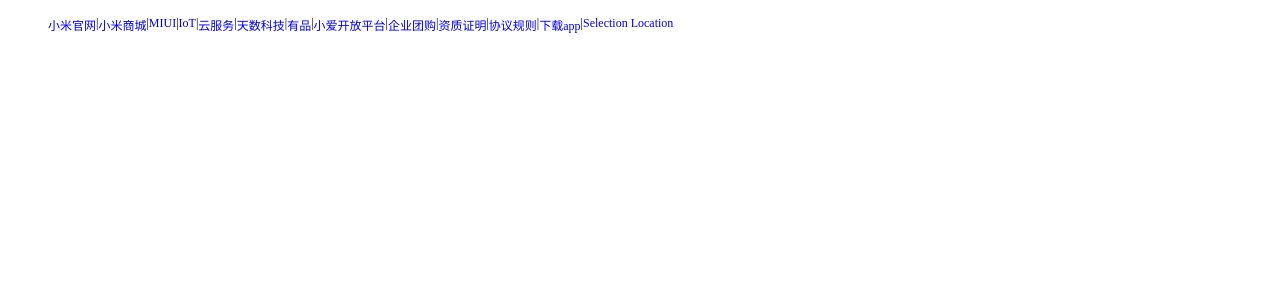
Repository: MonoYan/Mi-Homepage
Page: index.html
The author's editor kept a copy of each file at every save. The page is drawn from the files as they stood at one save, then again after a run of saves.
The browser window is 1280 px wide. The pictures show the whole page.

Above is the page before, as saved 2022-11-22 16:30:00.

### index.html
<!DOCTYPE html>
<html lang="en">

<head>
    <meta charset="UTF-8">
    <meta http-equiv="X-UA-Compatible" content="IE=edge">
    <meta name="viewport" content="width=device-width, initial-scale=1.0">
    <link rel="stylesheet" type="text/css" href="/css/style.css">
    <title>
        小米商城 - Xiaomi 12、Redmi K50、MIX FOLD，小米电视官方网站
    </title>
</head>

<body>
    <!-- 黑色导航栏 -->
    <div class="container">
        <div class="topbar-nav">
            <ul>
                <li><a class="no-decoration" href="#">小米官网</a></li>
                <li><span class="sep">|</span></li>
                <li><a class="no-decoration" href="#">小米商城</a></li>
                <li><span class="sep">|</span></li>
                <li><a class="no-decoration" href="#">MIUI</a></li>
                <li><span class="sep">|</span></li>
                <li><a class="no-decoration" href="#">IoT</a></li>
                <li><span class="sep">|</span></li>
                <li><a class="no-decoration" href="#">云服务</a></li>
                <li><span class="sep">|</span></li>
                <li><a class="no-decoration" href="#">天数科技</a></li>
                <li><span class="sep">|</span></li>
                <li><a class="no-decoration" href="#">有品</a></li>
                <li><span class="sep">|</span></li>
                <li><a class="no-decoration" href="#">小爱开放平台</a></li>
                <li><span class="sep">|</span></li>
                <li><a class="no-decoration" href="#">企业团购</a></li>
                <li><span class="sep">|</span></li>
                <li><a class="no-decoration" href="#">资质证明</a></li>
                <li><span class="sep">|</span></li>
                <li><a class="no-decoration" href="#">协议规则</a></li>
                <li><span class="sep">|</span></li>
                <li><a class="no-decoration" href="#">下载app</a></li>
                <li><span class="sep">|</span></li>
                <li><a class="no-decoration" href="#">Selection Location</a></li>
            </ul>
        </div>

    </div>
    <!-- 站内导航 -->
    <nav>

    </nav>
    <!-- 轮播 -->
    <div>

    </div>
    <!-- 轮播下面的四个导航 -->
    <div>

    </div>
    <div>

    </div>
    <!-- main page -->
    <div>

    </div>
    <!-- footer-sever -->
    <div>

    </div>
    <!-- footer-link -->
    <div>

    </div>
    <footer>

    </footer>
</body>

</html>

### css/style.css
.topbar-nav li{
    list-style: none;
    float:left;
    font-family:'Times New Roman', Times, serif;
    font-size: 12px;

}
.no-decoration
{
    text-decoration: none;
    font-size: 12px;
}
.container
{
    background-color: gray;
}

After the next 2 saves:
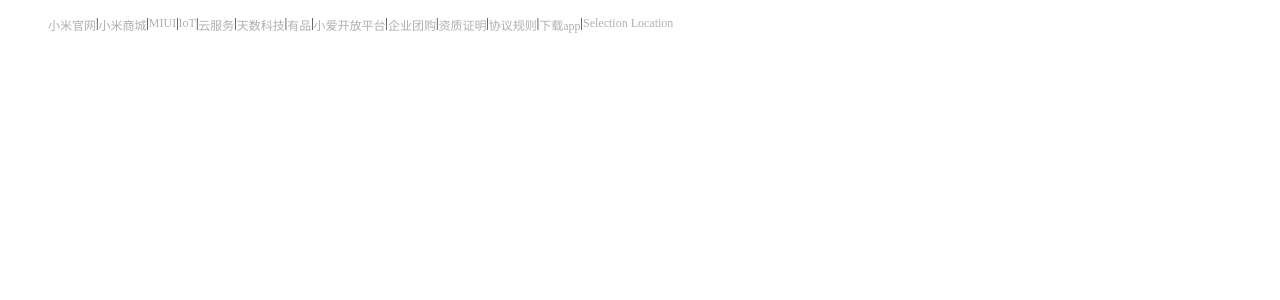
The 2 saves are shown as one change because they came seconds apart.
The last was saved 8 s later.
--- a/css/style.css
+++ b/css/style.css
@@ -4,11 +4,12 @@
     font-family:'Times New Roman', Times, serif;
     font-size: 12px;
 
+
 }
 .no-decoration
 {
     text-decoration: none;
-    font-size: 12px;
+    color: #b0b0b0;
 }
 .container
 {
